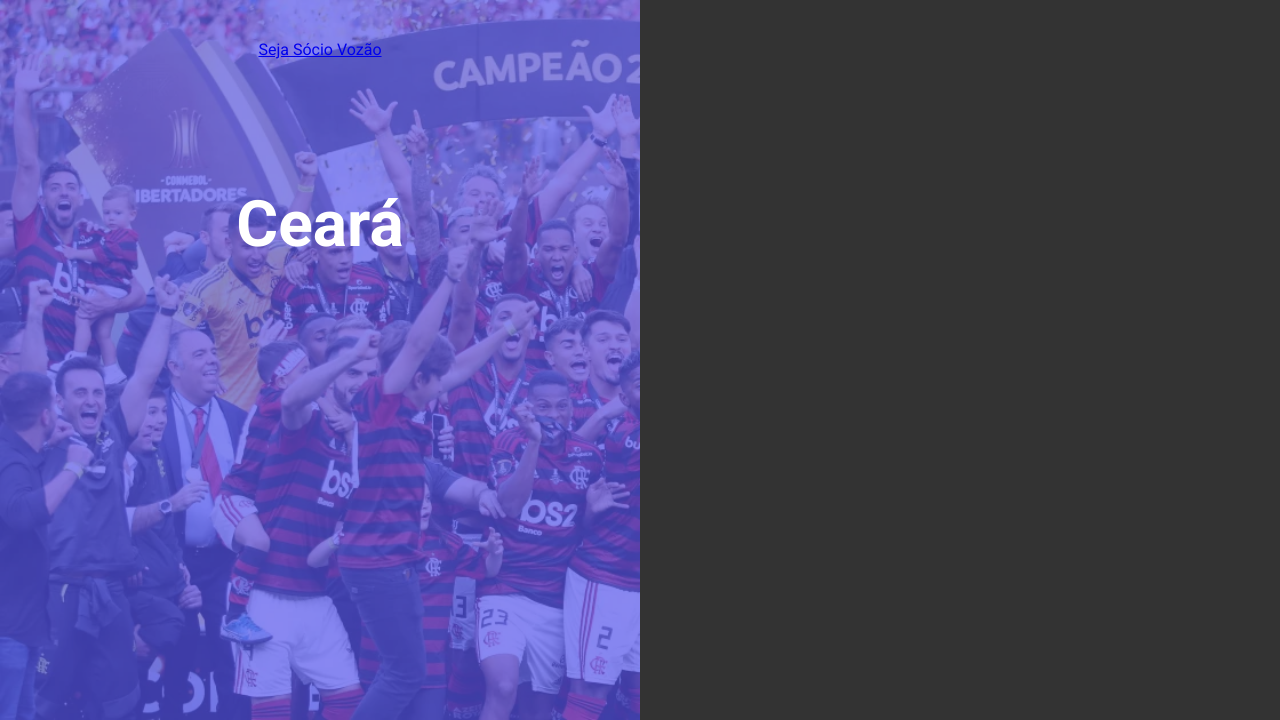
Repository: Williamlmachado/Divis-o-de-P-gina
Page: index.html
These files come from the project's save history. The page is drawn as it stood at one moment and after the next save; the edit follows.
The browser window is 1280 px wide. The pictures show the whole page.

Above is the page before, as saved 2021-08-17 09:54:03.

### index.html
<!DOCTYPE html>
<html lang="en">
  <head>
    <meta charset="UTF-8" />
    <meta name="viewport" content="width=device-width, initial-scale=1.0" />
    <link rel="stylesheet" href="style.css" />
    <title>Split Landing Page
    </title>
  </head>
  <body>
      <div class="container">
          <div class="split left">
              <h1>Flamengo</h1>
              <a href="#" class="btn">Seja Sócio Nação</a>
          </div>
          <div class="split left">
            <h1>Ceará</h1>
            <a href="#" class="btn">Seja Sócio Vozão</a>
        </div>
      </div>
      <script src="script.js"></script>
  </body>
</html>

### style.css
@import url('https://fonts.googleapis.com/css2?family=Roboto:wght@400;700&display=swap');

:root {
  --left-bg-color: rgba(87, 84, 236, 0.7);
  --right-bg-color: rgba(43, 43, 43, 0.8);
  --left-btn-hover-color: rgba(87, 84, 236, 1);
  --right-btn-hover-color: rgba(28, 122, 28, 1);
  --hover-width: 75%;
  --other-width: 25%;
  --speed: 1000ms;
}

* {
  box-sizing: border-box;
}

body {
  font-family: 'Roboto', sans-serif;
  height: 100vh;
  overflow: hidden;
  margin: 0;
}
h1{
 font-size: 4rem;
 color: #fff;
 position: absolute;
 left: 50%;
 top:20%;
 transform: translateX(-50%);
 white-space: nowrap;
}
.btn{
    position: absolute;
    left: 50%;
    top: 40px;
    transform: translateX(-50%);
    text-decoration: ;
}
.container {
    position: relative;
    width: 100%;
    height: 100%;
    background: #333;
  }

  .split {
    position: absolute;
    width: 50%;
    height: 100%;
    overflow: hidden;
  }
.split.left{
    left:0;
    background: url('flamengo-v-river-plate-copa-conmebol-libertadores-2019-5dd9bc78727cd99309000001.webp');
    background-repeat: no-repeat;
    background-size: cover;

}
.split.left::before{
    content: '';
    position: absolute;
    width: 100%;
    height: 100%;
    background-color: var(--left-bg-color);
}
.split.right{
    right: 0;
    background: url('img-9633.webp');
    background-repeat: no-repeat;
    background-size: cover;
}
.split.right::before{
    content: '';
    position: absolute;
    width: 100%;
    height: 100%;
    background-color: var(--right-bg-color);
}

Loaded but not shown: script.js (no copy from this time; the picture is the same without it)

After the next save:
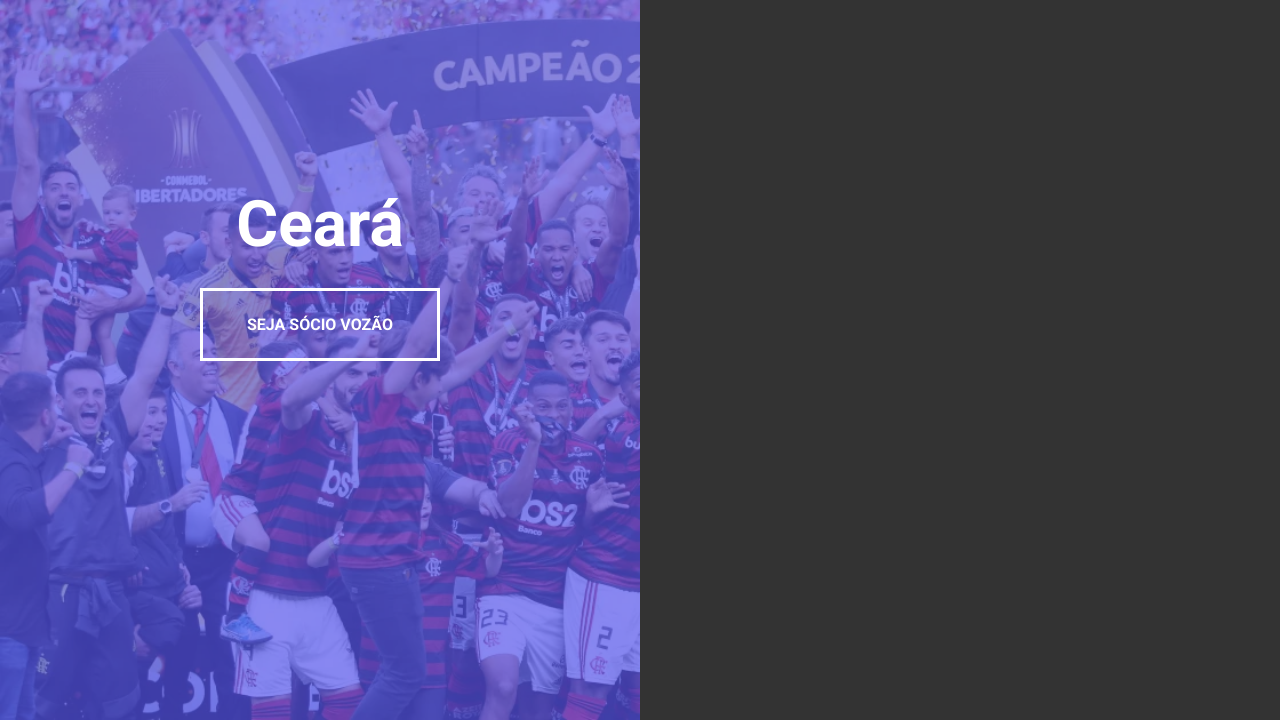
Saved 20 s later.
--- a/style.css
+++ b/style.css
@@ -29,13 +29,23 @@
  transform: translateX(-50%);
  white-space: nowrap;
 }
-.btn{
+.btn {
     position: absolute;
+    display: flex;
+    align-items: center;
+    justify-content: center;
     left: 50%;
-    top: 40px;
+    top: 40%;
     transform: translateX(-50%);
-    text-decoration: ;
-}
+    text-decoration: none;
+    color: #fff;
+    border: #fff solid 0.2rem;
+    font-size: 1rem;
+    font-weight: bold;
+    text-transform: uppercase;
+    width: 15rem;
+    padding: 1.5rem;
+  }
 .container {
     position: relative;
     width: 100%;
